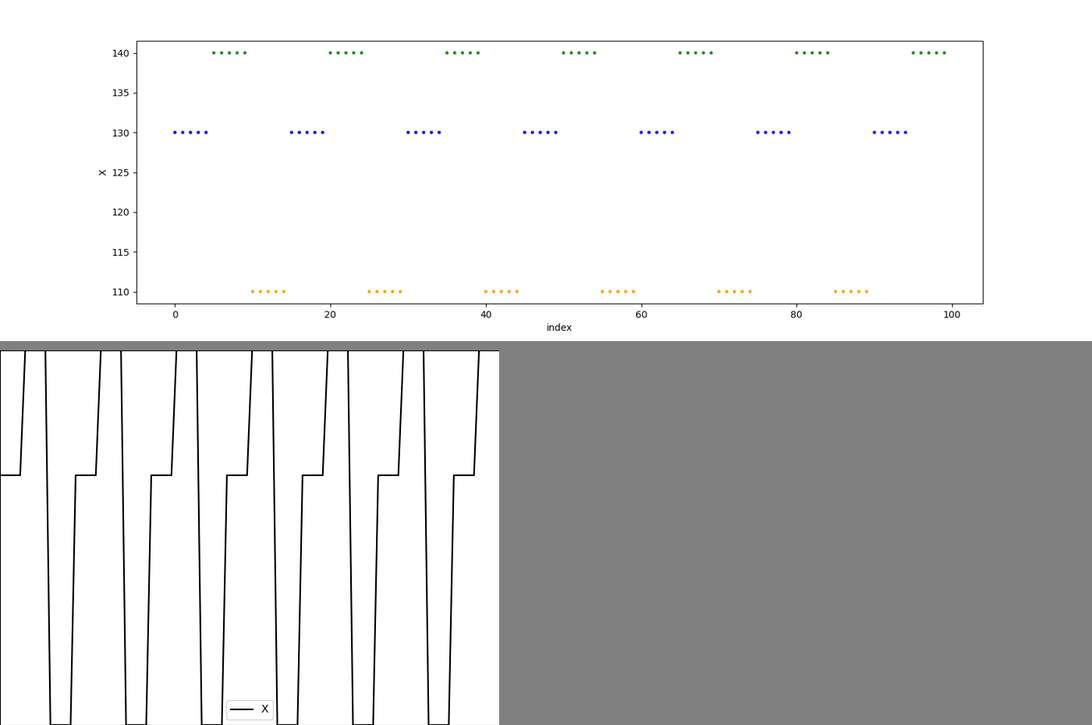
Repository: Carty-Bao/BNPHMM
Script's output: python code/synth.py
The author's editor kept a copy of each file at every save. The script's output is drawn from the files as they stood at one save, then again after the next save.
The pictures are shown at 78% of full size.
Each picture stacks the figures in order, with grey between them; figures that are only written to a file come last. Figures wider than 1,400 px are first shrunk to that width. Random numbers start from a fixed seed.

Above is the script's output before, as saved 2022-08-18 10:48:36.

### code/synth.py
'''
author: Jiadi
Date: 2022.5.7
TODO: add parser
'''
import random
from math import ceil
import numpy as np
import pylab as P
from scipy.stats import entropy
# from torch import threshold

def _blob(x,y,area,colour):
    """
    Draws a square-shaped blob with the given area (< 1) at
    the given coordinates.
    """
    hs = np.sqrt(area) / 2
    xcorners = np.array([x - hs, x + hs, x + hs, x - hs])
    ycorners = np.array([y - hs, y - hs, y + hs, y + hs])
    P.fill(xcorners, ycorners, colour, edgecolor=colour)

def hinton(W, maxWeight=None):
    """
    Draws a Hinton diagram for visualizing a weight matrix.
    Temporarily disables matplotlib interactive mode if it is on,
    otherwise this takes forever.
    """
    reenable = False
    if P.isinteractive():
        P.ioff()
    P.clf()
    height, width = W.shape
    if not maxWeight:
        maxWeight = 2**np.ceil(np.log(np.max(np.abs(W)))/np.log(2))

    P.fill(np.array([0,width,width,0]),np.array([0,0,height,height]),'gray')
    P.axis('off')
    P.axis('equal')
    for x in range(width):
        for y in range(height):
            _x = x+1
            _y = y+1
            w = W[y,x]
            if w > 0:
                _blob(_x - 0.5, height - _y + 0.5, min(1,w/maxWeight),'white')
            elif w < 0:
                _blob(_x - 0.5, height - _y + 0.5, min(1,-w/maxWeight),'black')
    if reenable:
        P.ion()
    P.show()

def gen_alpha(type = 'jitter', K = 3):
    '''
    为HMM生成状态转移矩阵和HMM集群中心
    type:调制基形,以PRI为例,可选的调制基形:
    'jitter','stagger','slide','dwell'
    center:不同调制基形对应不同集群中心,如果不指定集群中心,默认中心个数=3

    默认均为一维变量
    '''

    if type == 'jitter':
        assert K==1, "K must be 1"
        alpha = np.eye(K)
    if type in ['stagger', 'agile', 'dwell']:
        alpha = np.eye(K)
        while(1 in np.diag(alpha)):
            np.random.shuffle(alpha)
    if type == 'slide':
        alpha = np.eye(K)
        alpha = np.vstack((alpha[1:],alpha[0]))
    # if type == 'dwell':
    #     tr = np.eye(K)
    #     while(1 in np.diag(tr)):
    #         np.random.shuffle(tr)
    #     alpha = 0.05*tr + np.eye(K)
    return alpha

def Non_ideal_HMM(N, K, XDim=1, mu_sd_factor=0, L=10, spur_ratio=0, miss_ratio=0,type='stagger', mu = None):
    '''N: number of observations
    K: number of discrete components
    XDim: dimensionality of observed data (default = 2)
    mu:HMM集群的中心值，如果没有制定就是[100, 110, 120,...]

    计算虚假脉冲和缺失脉冲个数'''

    spur_num = np.floor(spur_ratio * N)
    miss_num = np.floor(miss_ratio * N)
    N_unideal = int(N + spur_num + miss_num)
    X = np.zeros((N_unideal,XDim))
    Y = np.zeros((N_unideal,L))
    z = np.zeros(K)#记录上一个状态
    Z = np.zeros((N_unideal, 1))
    alpha = gen_alpha(type=type, K=K)

    beta = 0.1 #intial dist params.
    pik = np.random.dirichlet(beta*np.ones(K)) #distribution over initial state p(l_0)
    A = alpha / np.reshape(alpha.sum(axis=1),(K,1))#把alpha归一化
    # mu = np.array([np.random.multivariate_normal(np.zeros(XDim),20*np.eye(XDim)) for _ in range(K)]) #每个类别的均值
    if mu == None:
        mu = np.array([[100+10*i] for i in range(K)])
        mu_init = mu.copy()
    else:
        mu = np.array([mu])
        print(mu)
        mu = mu.T
        mu_init = mu.copy()
    C = np.array([mu_sd_factor*np.eye(XDim) for _ in range(K)])#每个类别的方差
    pr_y = np.array([np.random.dirichlet(0.1*np.ones(L)) for _ in range(K)])#每个类别的可能性的先验概率
    #draw observations:
    n = 0
    bound = X.shape[0]
    while(n<=bound):
        #draw latent component:
        if n==0:
            z = np.random.multinomial(1, pik)
        else:
            prev_z = z.argmax()
            z = np.random.multinomial(1,A[prev_z,:])
        z_n = z.argmax()#记录下一个状态
        if np.random.choice(2, 1, p=[1 - miss_ratio, miss_ratio]) and type is not 'dwell':#缺失脉冲
            X = np.delete(X, n, axis=0)
            Y = np.delete(Y, n, axis=0)
            Z = np.delete(Z, n, axis=0)
            continue
        if np.random.choice(2, 1, p=[1 - spur_ratio, spur_ratio]) and type is not 'dwell':#虚假脉冲
            spur_value = np.random.uniform(low=min(mu),high=max(mu),size=1)
            X[n,:] = np.random.multivariate_normal(spur_value, C[z_n,:,:])
            # Z[n,:] = abs(mu-spur_value).argmin()
            Z[n,:] = K+1
            n+=1
        if type=='dwell':
            for dns in range(5):
                if np.random.choice(2, 1, p=[1 - miss_ratio, miss_ratio]):#缺失脉冲
                    X = np.delete(X, n, axis=0)
                    Y = np.delete(Y, n, axis=0)
                    Z = np.delete(Z, n, axis=0)
                    continue
                if np.random.choice(2, 1, p=[1 - spur_ratio, spur_ratio]):#虚假脉冲
                    spur_value = np.random.uniform(low=min(mu),high=max(mu),size=1)
                    X[n,:] = np.random.multivariate_normal(spur_value, C[z_n,:,:])
                    # Z[n,:] = abs(mu-spur_value).argmin()
                    Z[n,:] = K+1
                    n+=1
                X[n,:] = np.random.multivariate_normal(mu[z_n,:], C[z_n,:,:])
                Y[n,:] = np.random.multinomial(1,pr_y[z_n,:])
                Z[n,:] = z_n
                bound = X.shape[0]-1
                n+=1
                if n>bound:
                    break
        else:
            X[n,:] = np.random.multivariate_normal(mu[z_n,:], C[z_n,:,:])
            if type == 'agile':
                Z[n,:] = np.where(mu_init == mu[z_n,:])[0]
            if (n+1) % K == 0 and type=='agile':
                np.random.shuffle(mu)

        if type !='dwell':
            Y[n,:] = np.random.multinomial(1,pr_y[z_n,:])
            if type != 'agile':
                Z[n,:] = z_n
            n+=1
            bound = X.shape[0]-1
    #返回每个类别的均值
    return X,Y,Z,mu

def workmode_cat(nums = None, Ks = None, mus = None, XDim=1, mu_sd_factor = 0, spur_ratio = 0, miss_ratio = 0, types = None):
    '''
    将生成的数据拼接
    nums Ks types均为列表 长度相同
    '''
    seq_num = len(nums)
    assert len(Ks) == seq_num, "Do not have enough Ks"
    assert len(types) == seq_num, "Do not have enough types"
    assert len(mus) == seq_num, "Do not have enough mus"

    X = None
    Z = None
    mus_grd = None
    paras = zip(nums, Ks, mus, types)
    for para in paras:
        session, _, labels, mu_grd = Non_ideal_HMM(N=para[0], K=para[1],mu = para[2], XDim=XDim, mu_sd_factor=mu_sd_factor, spur_ratio=spur_ratio, miss_ratio=miss_ratio,type=para[3])
        if X is None and mus_grd is None:
            X = session
            Z = labels
            mus_grd = mu_grd
        else:
            X = np.vstack((X, session))
            Z = np.vstack((Z, labels))
            mus_grd = np.vstack((mus_grd, mu_grd))
    return X, Z, mus_grd

def center_compare(center1, center2, threshold):
    '''
    比较两个集群中心
    '''
    diff = np.array([])
    for num in center1:
        diff = np.append(diff,min(abs(num-center2)))
    change = diff.sum()/diff.shape[0] > threshold
    cusum =  float(diff.sum())/diff.shape[0]
    return change,threshold #1是手动设置阈值

def trans_compare(A_1, A_2, mu_1, mu_2,threshold=1):
    def trans(A, order):
        N = len(order)
        # print(order)
        new_matrix = np.zeros((N,N))
        for i, row in enumerate(order):
            for j, col in enumerate(order):
                try:
                    new_matrix[row][col] = A[i][j]
                except IndexError:
                    if A.shape[0] < N:#A_1<A_2,填上0
                        new_matrix[row][col] = 0.1
                    # else:

        return new_matrix

    def trans_order(mu_1,mu_2):
        order = []
        N = len(mu_1)
        minus_dis = []
        for mu in mu_1:
            minus = mu_2 - mu
            order.append(np.argmin(abs(minus)))
            minus_dis.append(np.min(abs(minus)))
        return order

    order = trans_order(mu_1,mu_2)
    A2_new = trans(A_2,order)
    e = 0
    for index in range(len(order)):
        e += entropy(A_1[index], A2_new[index])
    change = e > threshold
    cusum = e
    return change, cusum

if __name__=="__main__":

    import matplotlib as mpl
    mpl.use('TkAgg')
    import matplotlib.pyplot as plt
    import pandas as pd
    np.set_printoptions(threshold=np.inf)
    plt.rc('font',family='Times New Roman')

    #数据生成
    N, K_grnd, K = 100, 5, 10
    X1, _, Z, mu_grd = Non_ideal_HMM(N, K_grnd, mu_sd_factor= 0, spur_ratio=0., miss_ratio=0,type='dwell')

    # Ns = [100,150,180]
    # Ks = [4,5,6]
    # types = ['stagger','slide','stagger']
    # X, mu_grd = workmode_cat(nums=Ns, Ks=Ks, mu_sd_factor=0, spur_ratio=0, miss_ratio=0, types=types)
    pulse = []
    labels = []
    for p, z in zip(X1,Z):
        labels.append(int(z))
        pulse.append(int(p))

    data = [range(len(pulse)),pulse,labels]
    data = zip(*data)
    df = pd.DataFrame(data,columns=['index','X','Z'])

    #颜色赋值
    col = []
    colors = ['#FF0000', '#FFA500', 'purple', 'blue', '#228B22']
    for i in range(0, len(labels)):
        col.append(colors[int(labels[i])])



    # plt.figure(dpi=150,figsize=(16,5))
    # plt.xlabel("PRI index")
    # plt.ylabel("PRI value")
    # plt.title("agile PRI")
    # plt.axis('off')
    # plt.plot(range(len(X1)), X1, markersize=6, marker='*',c=col)
    df.plot.scatter('index', 'X', c=col, figsize=(16,5),s=6)
    df.plot('index', 'X', c='black')

    # plt.plot(Z+120)
    plt.subplots_adjust(top = 1, bottom = 0, right = 1, left = 0, hspace = 0, wspace = 0)
    plt.margins(0,0)

    plt.savefig("genworkmode/dwell_color.png", transparent=True, dpi=300, pad_inches = 0,format='png')
    plt.show()

After the next save:
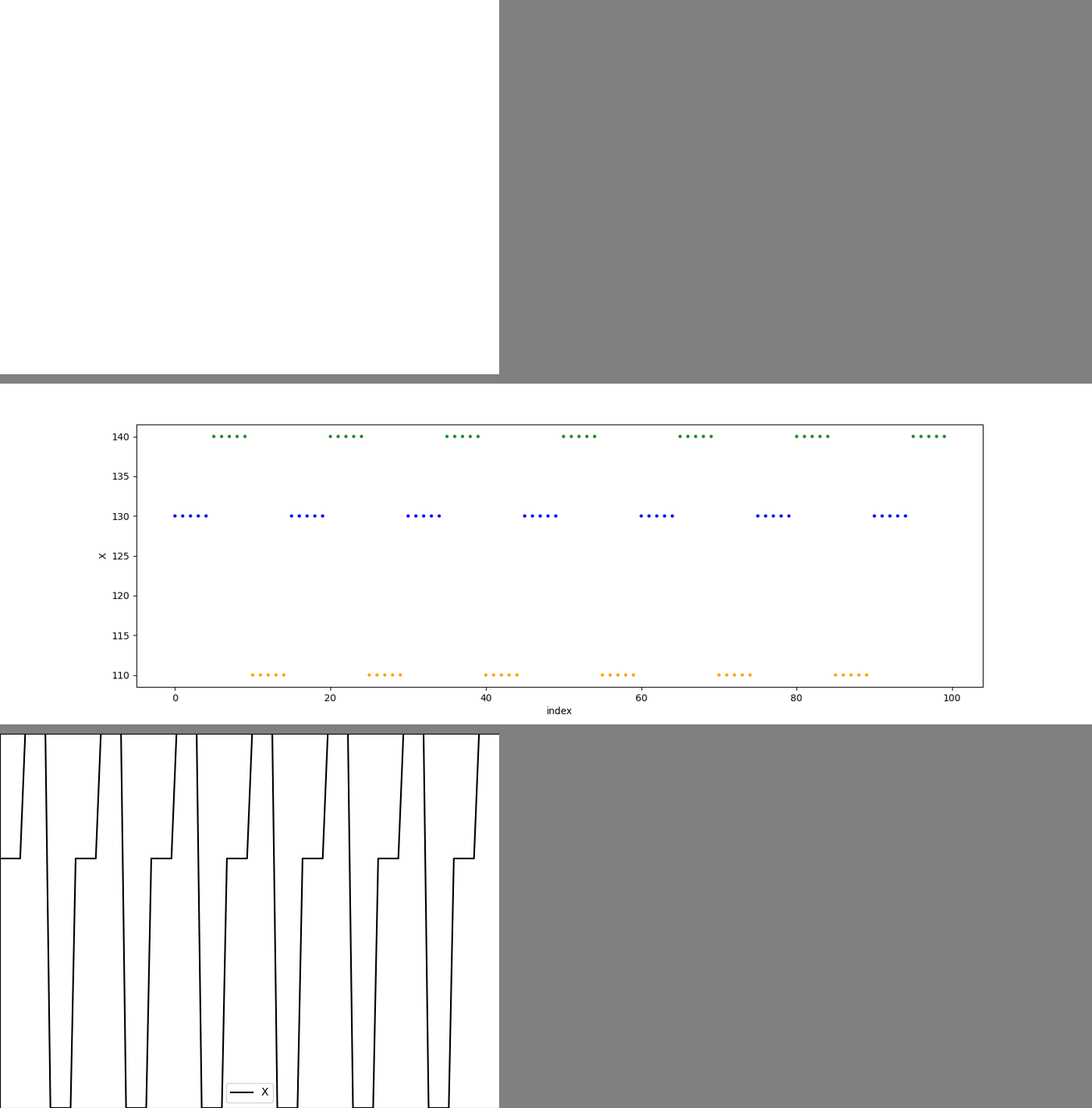
Saved 11 s later.
--- a/code/synth.py
+++ b/code/synth.py
@@ -277,7 +277,7 @@ if __name__=="__main__":
     # plt.xlabel("PRI index")
     # plt.ylabel("PRI value")
     # plt.title("agile PRI")
-    # plt.axis('off')
+    plt.axis('off')
     # plt.plot(range(len(X1)), X1, markersize=6, marker='*',c=col)
     df.plot.scatter('index', 'X', c=col, figsize=(16,5),s=6)
     df.plot('index', 'X', c='black')
